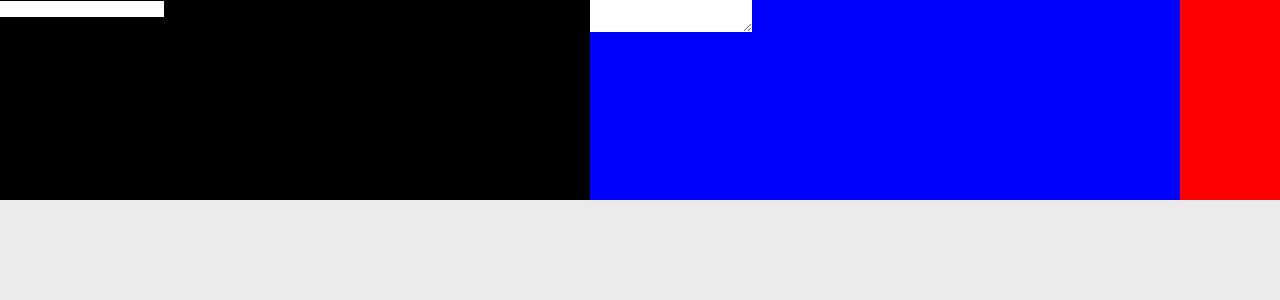
Repository: 777hanh777hanh/test
Page: index.html
An editor plug-in stored every save of this project. The page is shown before and after the next save, followed by the edit.
The browser window is 1280 px wide. The pictures show the whole page.

Above is the page before, as saved 2023-06-30 16:35:18.

### index.html
<!DOCTYPE html>
<html lang="en">
    <head>
        <meta charset="UTF-8" />
        <meta name="viewport" content="width=device-width, initial-scale=1.0" />
        <title>Request API</title>
        <!-- CSS -->
        <link rel="stylesheet" href="./assets/css/reset.css" />
        <link rel="stylesheet" href="./assets/css/style.css" />
    </head>
    <body>
        <div class="inner">
            <!-- Input Block -->
            <!-- Input URL -->
            <div class="url-block"><input type="text" name="" id="url" class="url" /></div>
            <!-- Text Area -->
            <div class="giftCode-block"><textarea name="" id="giftCode" class="giftCode"></textarea></div>

            <!-- Result Block -->
            <div class="result-block"></div>
        </div>
        <script src="./assets/js/main.js"></script>
    </body>
</html>

### assets/css/reset.css
html,
body,
div,
span,
applet,
object,
iframe,
h1,
h2,
h3,
h4,
h5,
h6,
p,
blockquote,
pre,
a,
abbr,
acronym,
address,
big,
cite,
code,
del,
dfn,
em,
img,
ins,
kbd,
q,
s,
samp,
small,
strike,
strong,
sub,
sup,
tt,
var,
b,
u,
i,
center,
dl,
dt,
dd,
ol,
ul,
li,
fieldset,
form,
label,
legend,
table,
caption,
tbody,
tfoot,
thead,
tr,
th,
td,
article,
aside,
canvas,
details,
embed,
figure,
figcaption,
footer,
header,
hgroup,
menu,
nav,
output,
ruby,
section,
summary,
time,
mark,
audio,
video {
    margin: 0;
    padding: 0;
    border: 0;
    font-size: 100%;
    font: inherit;
    vertical-align: baseline;
}
/* HTML5 display-role reset for older browsers */
article,
aside,
details,
figcaption,
figure,
footer,
header,
hgroup,
menu,
nav,
section {
    display: block;
}
body {
    line-height: 1;
}
ol,
ul {
    list-style: none;
}
blockquote,
q {
    quotes: none;
}
blockquote:before,
blockquote:after,
q:before,
q:after {
    content: '';
    content: none;
}
table {
    border-collapse: collapse;
    border-spacing: 0;
}

button,
input,
textarea,
[tabindex] {
    outline: none;
    border: none;
    font-family: inherit;
}

a {
    text-decoration: none;
}

### assets/css/style.css
:root {
    --text-color: #333;
}

* {
    padding: 0;
    margin: 0;
    box-sizing: border-box;
}

html {
    font-size: 62.5%;
}

body {
    font-family: var(--font-family);
    -webkit-font-smoothing: antialiased;
    -moz-osx-font-smoothing: grayscale;
    font-size: 1.6rem;
    overflow: overlay;
    background-color: #ebebeb;
}

html *::-webkit-scrollbar {
    border-radius: 0;
    width: 8px;
}
html *::-webkit-scrollbar-thumb {
    border-radius: 4px;
    background-color: rgba(22, 24, 35, 0.06);
}
html *::-webkit-scrollbar-track {
    border-radius: 0;
    background-color: rgba(0, 0, 0, 0);
}

/* CSS */
.inner {
    display: grid;
    grid-template-columns: 1fr 1fr;
    grid-template-areas:
        'aa aa aa bb'
        'aa aa aa bb';
}

/* Input Block */
.input-block {
}

.url-block {
    display: inline-block;
    grid-area: 'aa';
    background: #000;
}

.giftCode-block {
    display: inline-block;
    grid-area: 'textarea';
    background: blue;
}

.result-block {
    grid-area: 'result';
    display: block;
    background: red;
    width: 100px;
    height: 200px;
}

Loaded but not shown: assets/js/main.js (no stored copy; drawn as an empty file)

After the next save:
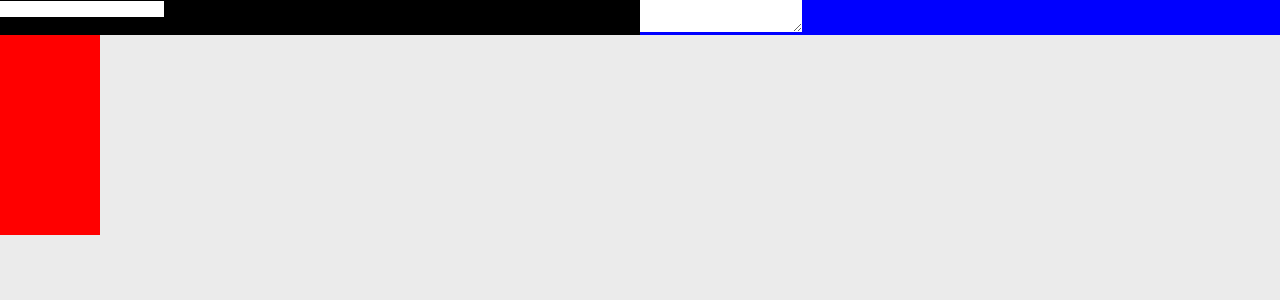
Saved 28 s later.
--- a/assets/css/style.css
+++ b/assets/css/style.css
@@ -38,9 +38,7 @@
 .inner {
     display: grid;
     grid-template-columns: 1fr 1fr;
-    grid-template-areas:
-        'aa aa aa bb'
-        'aa aa aa bb';
+    grid-template-areas: 'aa aa';
 }
 
 /* Input Block */

After the save that followed:
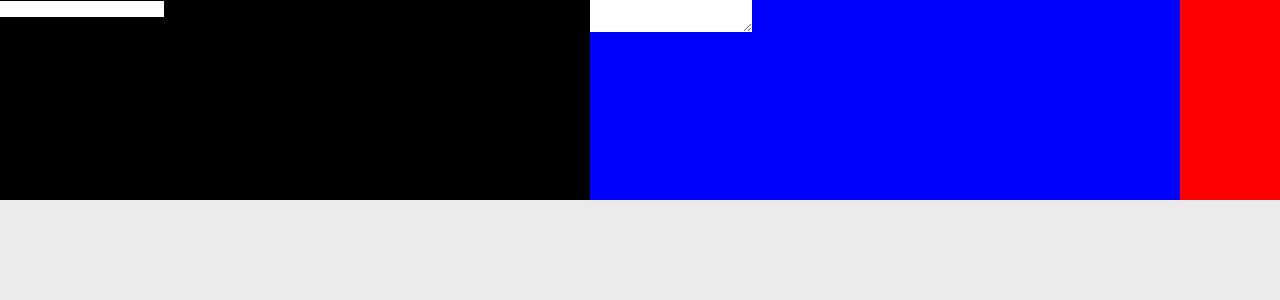
Saved 30 s later.
--- a/assets/css/style.css
+++ b/assets/css/style.css
@@ -38,7 +38,9 @@
 .inner {
     display: grid;
     grid-template-columns: 1fr 1fr;
-    grid-template-areas: 'aa aa';
+    grid-template-areas:
+        'aa aa cc'
+        'bb bb cc';
 }
 
 /* Input Block */
